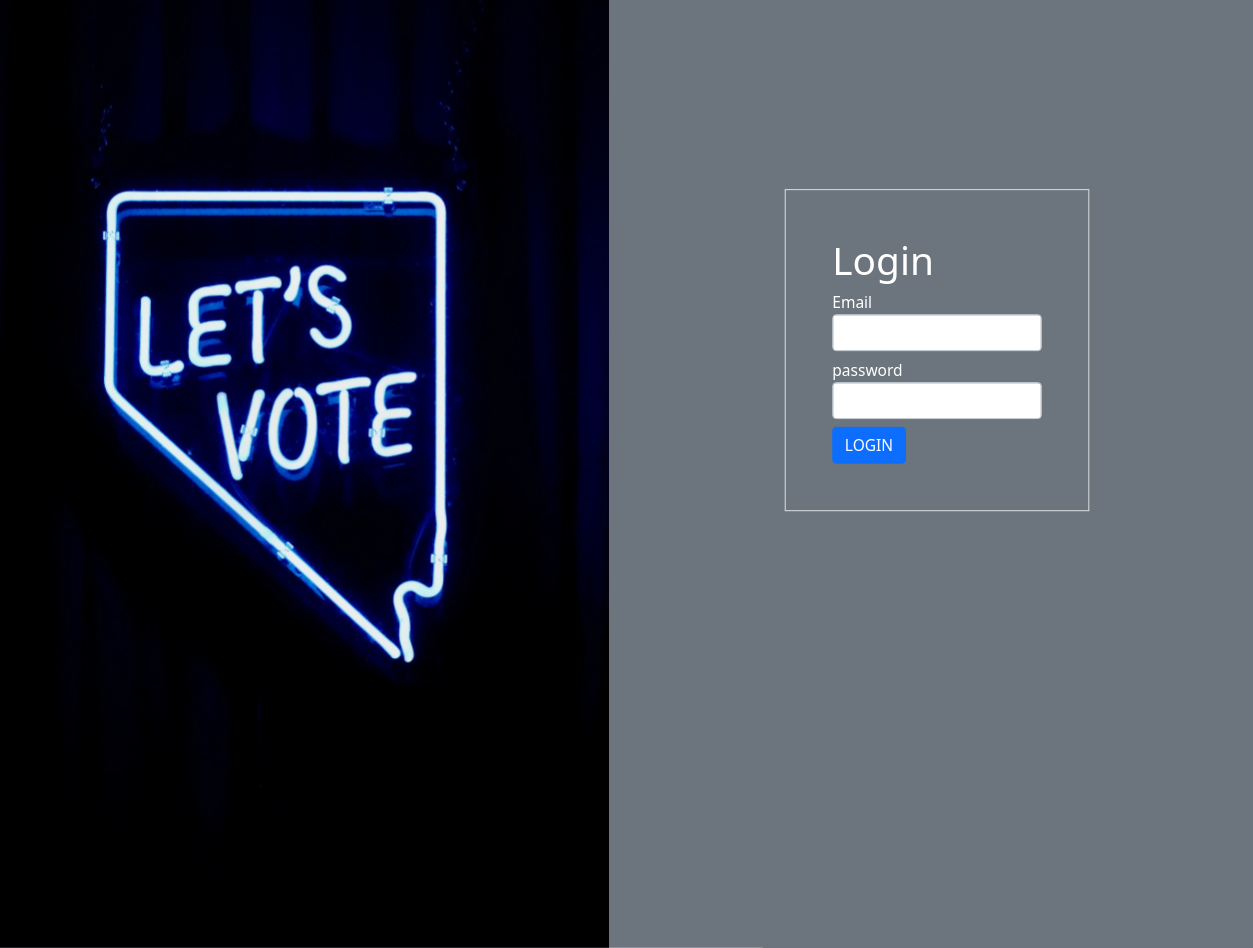
Repository: DavidManiIbrahim/Voting-app
Page: Login.html
The author's editor kept a copy of each file at every save. The page is drawn from the files as they stood at one save, then again after a run of saves.
The browser window is 1280 px wide. The page is 1292 px wide, so the pictures cover 1292 px, including what lies to the right of the window. The pictures show the whole page, at 97% of full size.

Above is the page before, as saved 2025-01-18 07:05:48.

### Login.html
<!DOCTYPE html>
<html lang="en">
<head>
    <meta charset="UTF-8">
    <meta name="viewport" content="width=device-width, initial-scale=1.0">
    <title>Login Page</title>
    <link rel="stylesheet" href="./bootstrap.css">
</head>
<body>

<style>
    form{
        position: relative;
        top: 20%;
    }
</style>

<div class="row bg-secondary">
    <div class="col-md  container-fluid">
        <img src="./unsplash_LA1VawaCjjI.svg" alt="login image" class=" img-fluid" width="100%">
    </div>
    <div class="col-md text-white align-items-center">
        <form action="" class="w-50 border p-5 m-auto ">
            <h1>Login</h1>
            <label for="email" class="form-label">Email  <br>
                <input class="form-control" type="text">
            </label> <br>
            <label class="form-label"" for="password">password  <br>
                <input class="form-control" type="password" class="form-text">
            </label> <br>
            <button class="btn btn-primary">LOGIN</button>
        </form>
    </div>
</div>








<script src="./bootstrap.min.js"></script>
</body>
</html>

Loaded but not shown: bootstrap.css (library); bootstrap.min.js (library)

After the next 2 saves:
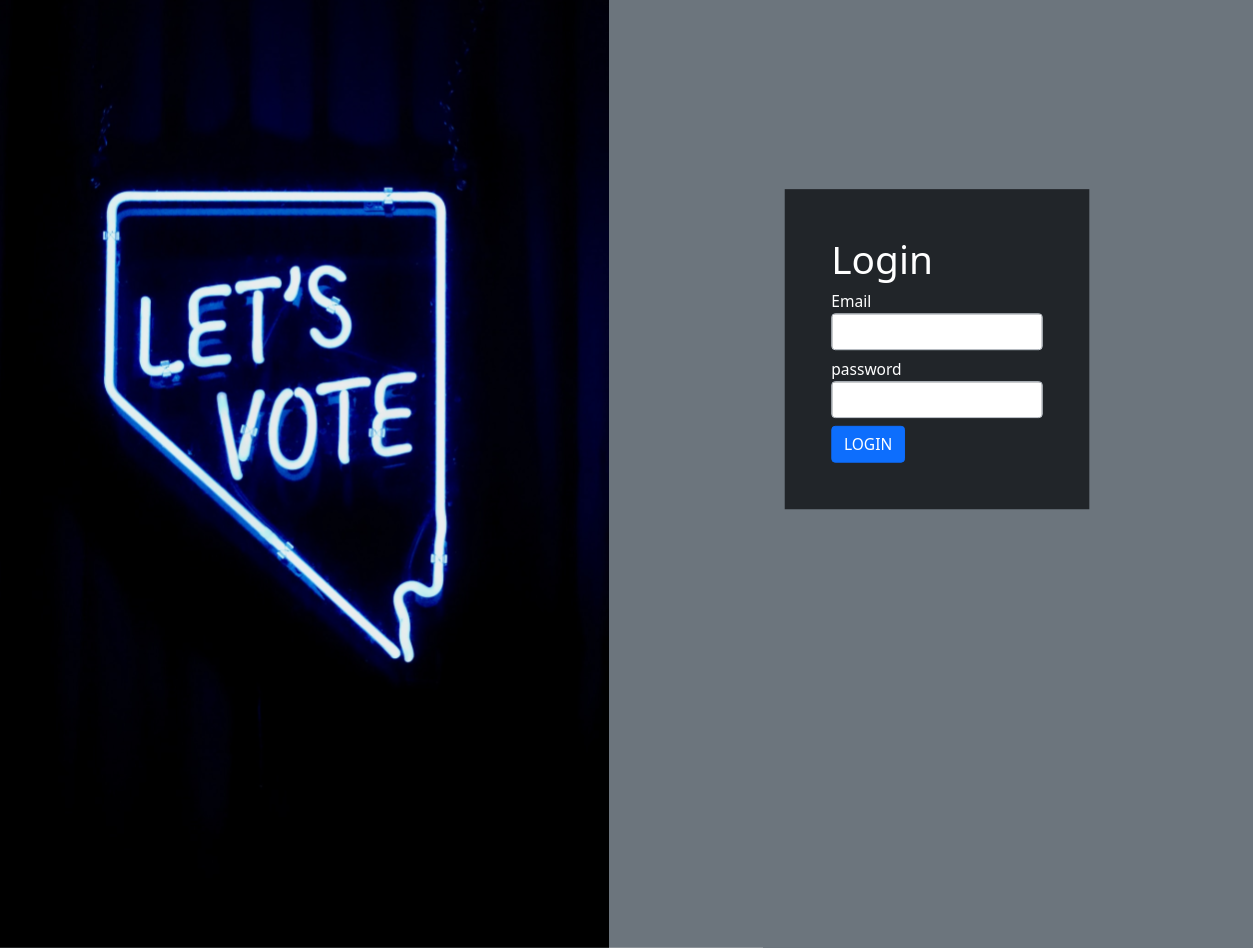
The 2 saves are shown as one change because they came seconds apart.
The last was saved 13 s later.
--- a/Login.html
+++ b/Login.html
@@ -20,7 +20,7 @@
         <img src="./unsplash_LA1VawaCjjI.svg" alt="login image" class=" img-fluid" width="100%">
     </div>
     <div class="col-md text-white align-items-center">
-        <form action="" class="w-50 border p-5 m-auto ">
+        <form action="" class="w-50 bg-dark p-5 m-auto ">
             <h1>Login</h1>
             <label for="email" class="form-label">Email  <br>
                 <input class="form-control" type="text">
